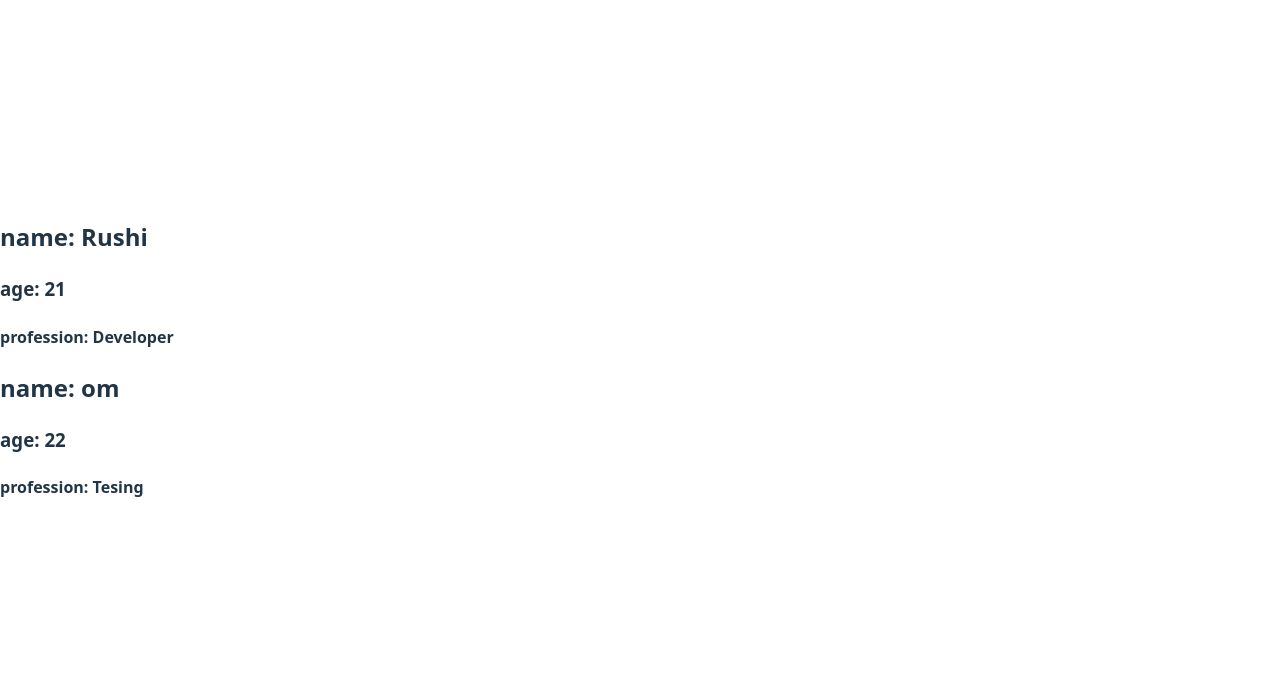
Repository: rushikesh-kolpe21/React_lectures
Page: / (app in React_bun/)
An editor plug-in stored every save of this project. The page is shown before and after the next save, followed by the edit.
The browser window is 1280 px wide. The pictures show the whole page.
The project was rebuilt for these pictures with package versions that can differ from the ones it lists, and the page was loaded fresh each time. Also part of the build but not shown: React_bun/vite.config.js, React_bun/src/components/SeriesCards.jsx, React_bun/src/components/Netflix.jsx.

Above is the page before, as saved 2025-11-29 11:14:51.

After the next save:
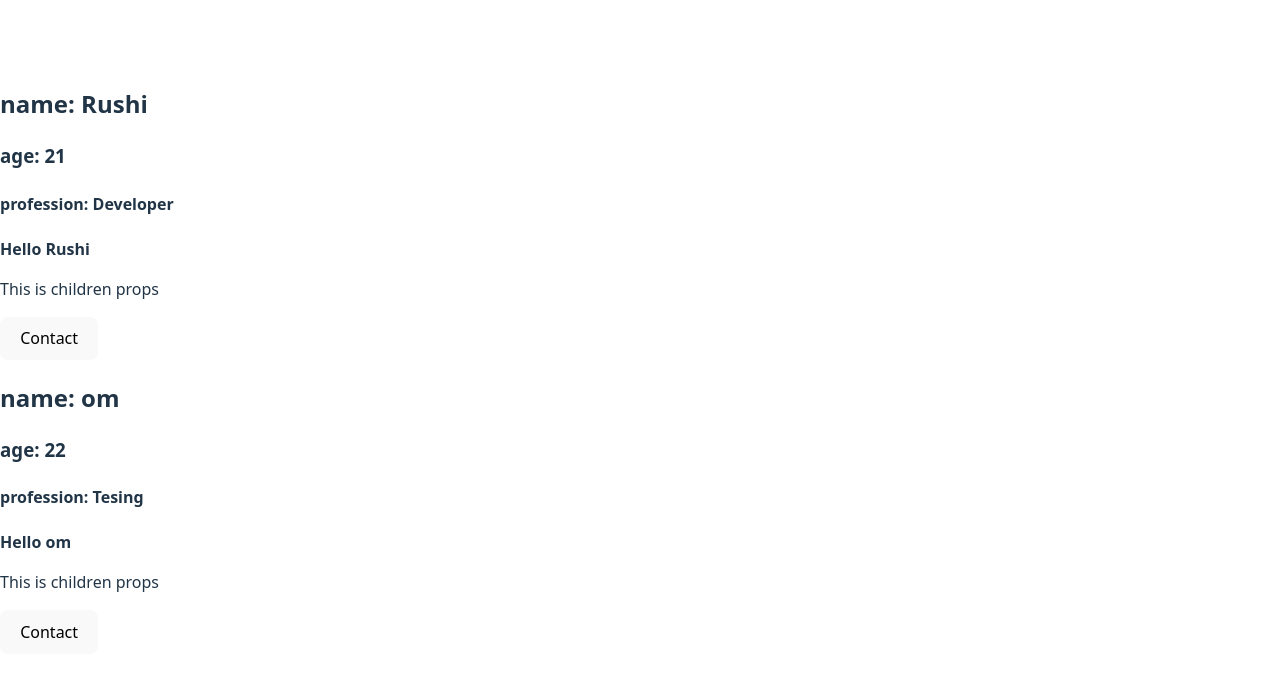
Saved 69 s later.
--- a/React_bun/src/components/Profile.jsx
+++ b/React_bun/src/components/Profile.jsx
@@ -40,12 +40,12 @@
         <h2>name: {props.name}</h2>
         <h3>age: {props.age}</h3>
         <h4>profession: {props.profession}</h4>
-        {/* <div>
-          {}
+        <div>
+          {props.greeeting}
         </div>
         <div>
-          {}
-        </div> */}
+          {props.children}
+        </div>
         </>
     )
 }
